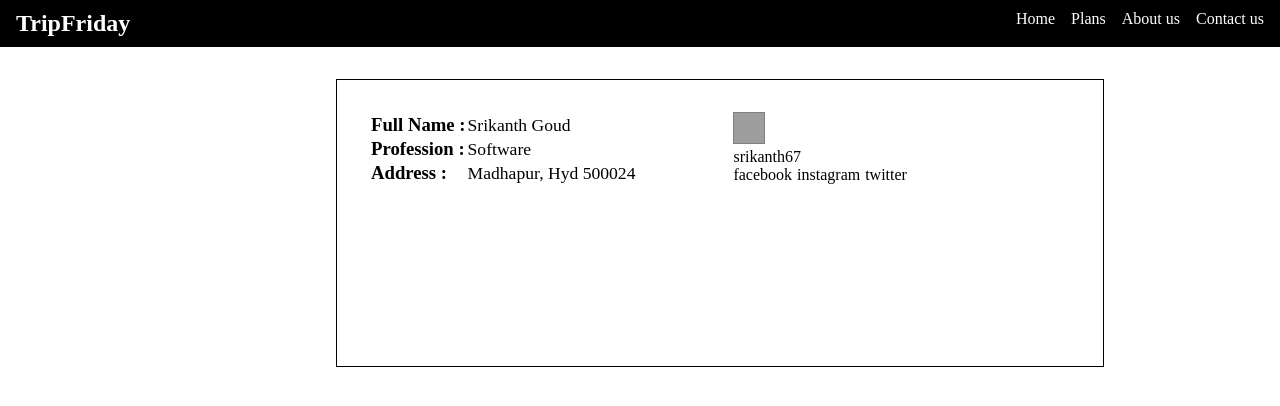
Repository: suraj-yadav7/userprofile
Page: /userdetails
The author's editor kept a copy of each file at every save. The page is drawn from the files as they stood at one save, then again after the next save.
The browser window is 1280 px wide. The pictures show the whole page.
Pictures or frames that could not be fetched are drawn as grey boxes. The project was rebuilt for these pictures with package versions that can differ from the ones it lists, and the page was loaded fresh each time. Also part of the build but not shown: src/components/UserProfile.jsx.

Above is the page before, as saved 2023-05-04 11:50:19.

### src/App.js
import './App.scss';
import UserProfile from './components/UserProfile';
import UserDetails from './components/UserDetails';
import { BrowserRouter as Router, Routes, Route } from 'react-router-dom';
import Header from './components/Header';


function App() {
  return (
    <>
    <Router>
      <Header />
      <Routes>
        <Route exact path='/' element={<UserProfile/>} />
        <Route exact path='/userdetails' element={<UserDetails/> } />
      </Routes>
    </Router>
    </>
  );
}

export default App;

### src/App.scss
*{
padding: 0;
margin: 0;
box-sizing: border-box;
}
nav{
    display: flex;
    justify-content:space-between;
    padding: 10px 1rem;
    background-color: black;
    color: white;
    >div>ul{
        display: flex;
        list-style: none;
        gap: 1rem;
    }
}

### src/components/UserDetails.jsx
import React from 'react'
import "../assests/userDetails.scss"

const UserDetails = () => {
  return (
  <>
 <div className='details'>
  <div className='sub1'>
<table>
  <tr>
    <td><h3>Full Name :  </h3></td>
    <td><p> Srikanth Goud</p> </td>
  </tr>
  <tr>
    <td><h3>Profession :  </h3></td>
    <td><p> Software </p> </td>
  </tr>
  <tr>
    <td><h3>Address :</h3></td>
    <td><p>Madhapur, Hyd 500024</p> </td>
  </tr>
</table>

  </div>
  <div className='sub2'>
    <img src="#" alt="userimage"></img>
    <p>srikanth67</p>
    <div className='socialMedia'>
      <p>facebook</p>
      <p>instagram</p>
      <p>twitter</p>
    </div>
  </div>
 </div>
  </>
  )
}

export default UserDetails

### src/components/Header.jsx
import React from 'react'

const Header = () => {
  return (
  <>
  <nav>
<h1>TripFriday</h1>
<div>
    <ul>
        <li>Home</li>
        <li>Plans</li>
        <li>About us</li>
        <li>Contact us</li>
    </ul>
</div>
</nav>
  </>
  )
}

export default Header

### src/assests/userProfile.scss
@import "./color.scss";

nav{
    display: flex;
    justify-content:space-between;
    padding: 10px 1rem;
    background-color: black;
    color: white;
    >div>ul{
        display: flex;
        list-style: none;
        gap: 1rem;
    }
}

### src/assests/userDetails.scss
@import "./color.scss";

.details{
    display: flex;
    gap: 6rem;
    border: 1px solid black;
    width: 60vw;
    height: 40vh;
    padding: 2rem;
    margin: 2rem 21rem;
    // justify-content: center;
    // align-items: center;
    >.sub1 p{
        font-size: 1.1rem;

    }

    >.sub2 {



    >img{
        width: 2rem;
        height: 2rem;
        border: 1px solid grey;
    }

    >div{
        display: flex;
        gap: 5px;
        align-items: center;
    }
}
}

### src/assests/color.scss
$primary-color: #0f171e;
$secondary-color: #1a242f;
$font-primary:#ffff;
$font-secondary: #79b8f3;

Loaded but not shown: public/index.html (common file); src/index.js (common file)

After the next save:
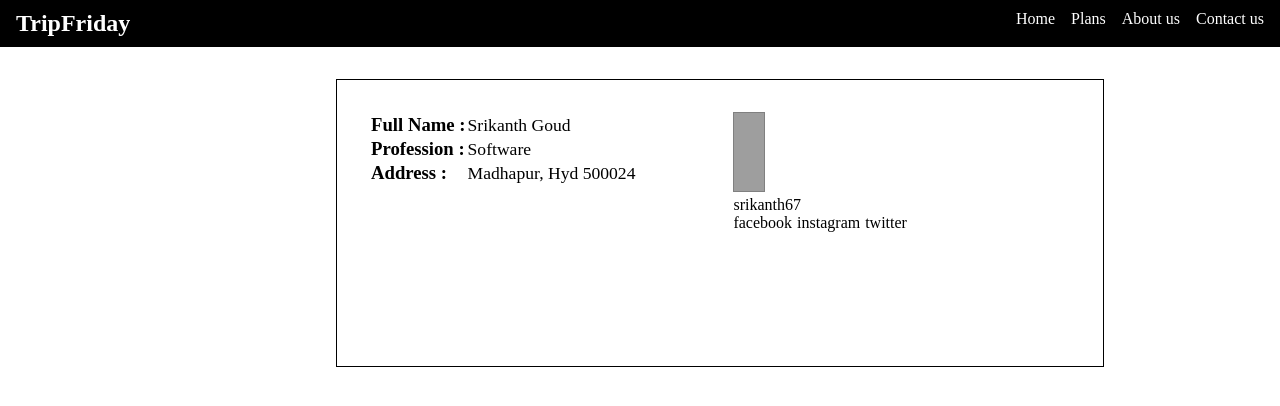
Saved 19 s later.
--- a/src/assests/userDetails.scss
+++ b/src/assests/userDetails.scss
@@ -16,12 +16,9 @@
     }
 
     >.sub2 {
-
-
-
     >img{
         width: 2rem;
-        height: 2rem;
+        height: 5rem;
         border: 1px solid grey;
     }
 
